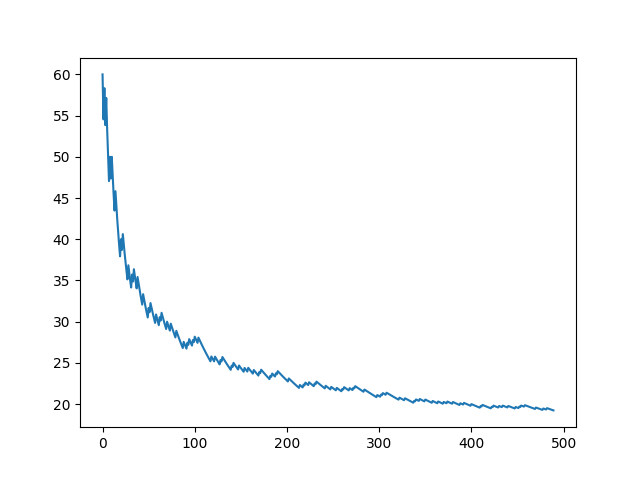
Repository: Vorztek/Data
Script's output: python Exercices_Python/Old_project/Maths_and_algorithms/Première_série_exo/génération_nombre_premiers.py
These files come from the project's save history. The script's output is drawn as it stood at one moment and after a run of saves; the edit follows.
Random numbers start from a fixed seed.

Above is the script's output before, as saved 2021-07-28 14:23:01.

After the next 2 saves:
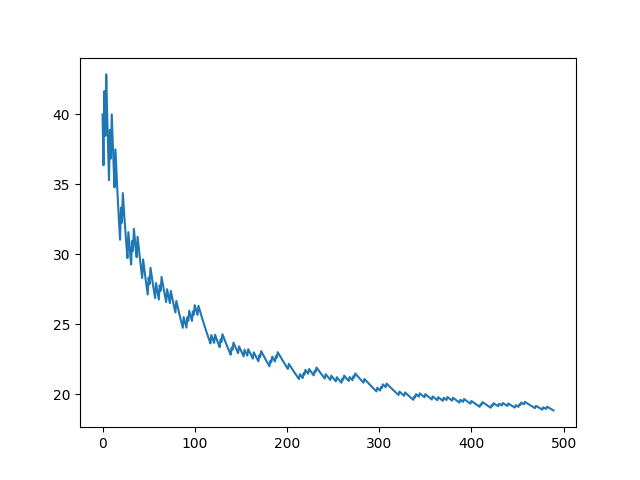
The 2 saves are shown as one change because 1 did not build or start.
The last was saved 35 s later.
--- a/Exercices_Python/Old_project/Maths_and_algorithms/Première_série_exo/génération_nombre_premiers.py
+++ b/Exercices_Python/Old_project/Maths_and_algorithms/Première_série_exo/génération_nombre_premiers.py
@@ -2,6 +2,8 @@ import matplotlib.pyplot as plt
 import numpy as np
 
 def is_prime(p):
+    if p < 2:
+        return False
     for j in range(2, p):
         if p % j == 0:
             return False
